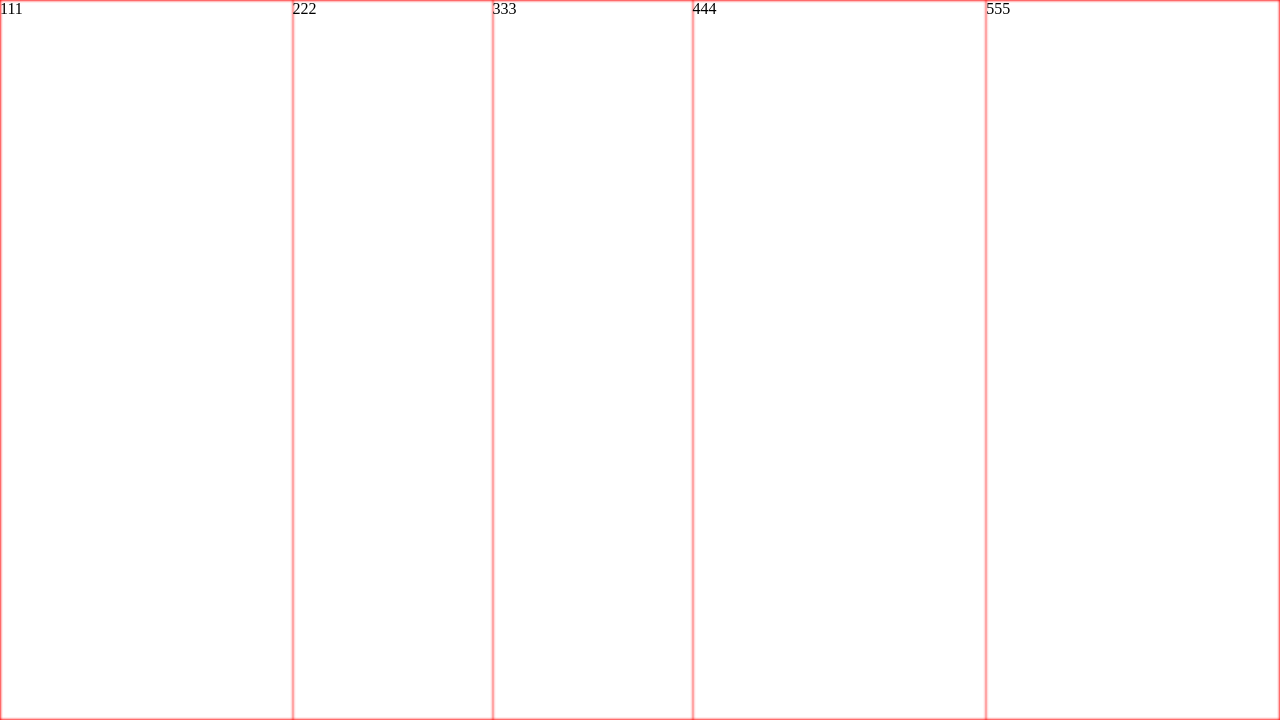
Repository: Joamg/Joamg.github.io
Page: miao/oald-layout-flex.html
The author's editor kept a copy of each file at every save. The page is drawn from the files as they stood at one save, then again after the next save.
The browser window is 1280 px wide. The pictures show the whole page.

Above is the page before, as saved 2021-05-27 20:21:13.

### miao/oald-layout-flex.html
<!DOCTYPE html>
<html lang="en">
<head>
  <meta charset="UTF-8">
  <meta http-equiv="X-UA-Compatible" content="IE=edge">
  <meta name="viewport" content="width=device-width, initial-scale=1.0">
  <title>Document</title>

  <style>
  * {
    height: 100%;
    margin: 0;
  }
  body {
    box-shadow: inset  0 0 3px red;
  }
  section {
    display: flex;
  }
  div {
    display: flex;
    box-shadow: inset  0 0 3px red;
  }
  [a], [e], [d]{
    flex-grow: 1;
  }
  .er {
    flex-wrap: wrap;
  }
  [b], [c] {
    width: 200px;
  }
  </style>
</head>
<body>
  <section>
    <div a>111</div>
    <section class="er">
      <div b>222</div>
      <div c>333</div>
    </section>
    <div d>444</div>
    <div e>555</div>
  </section>

</body>
</html>

After the next save:
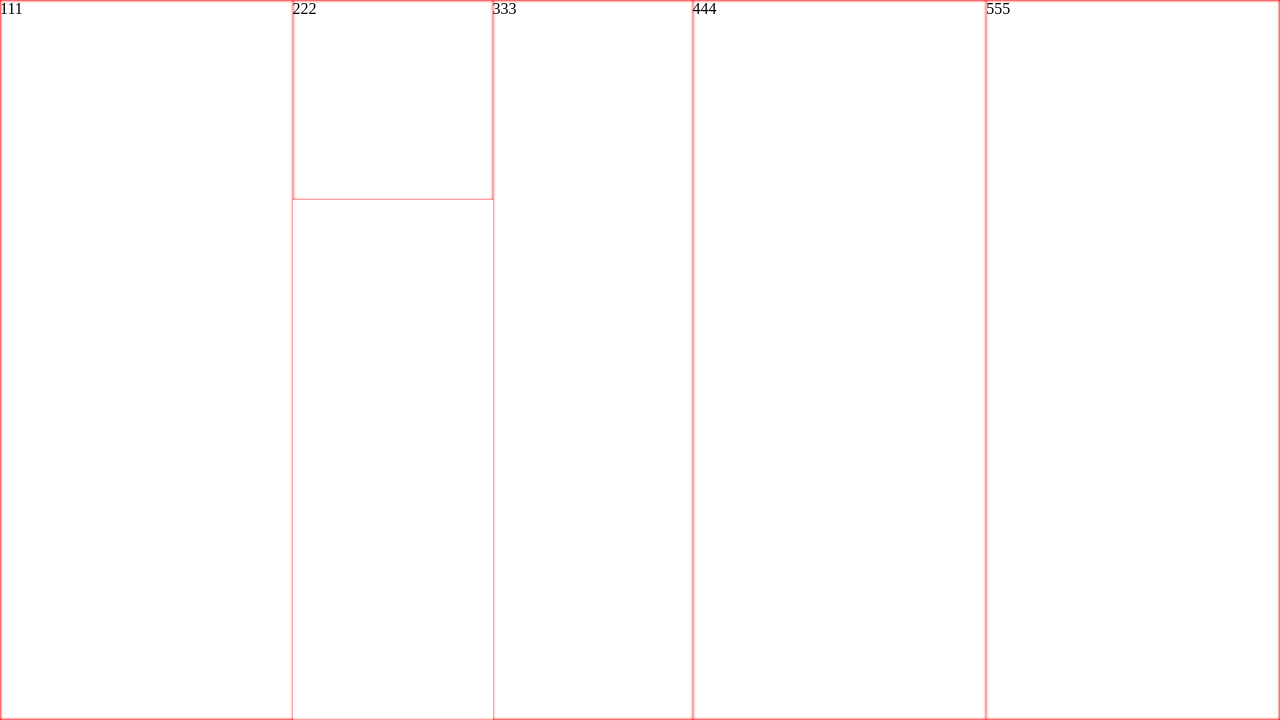
Saved 33 s later.
--- a/miao/oald-layout-flex.html
+++ b/miao/oald-layout-flex.html
@@ -30,6 +30,9 @@
   [b], [c] {
     width: 200px;
   }
+  [b] {
+    height: 200px;
+  }
   </style>
 </head>
 <body>
